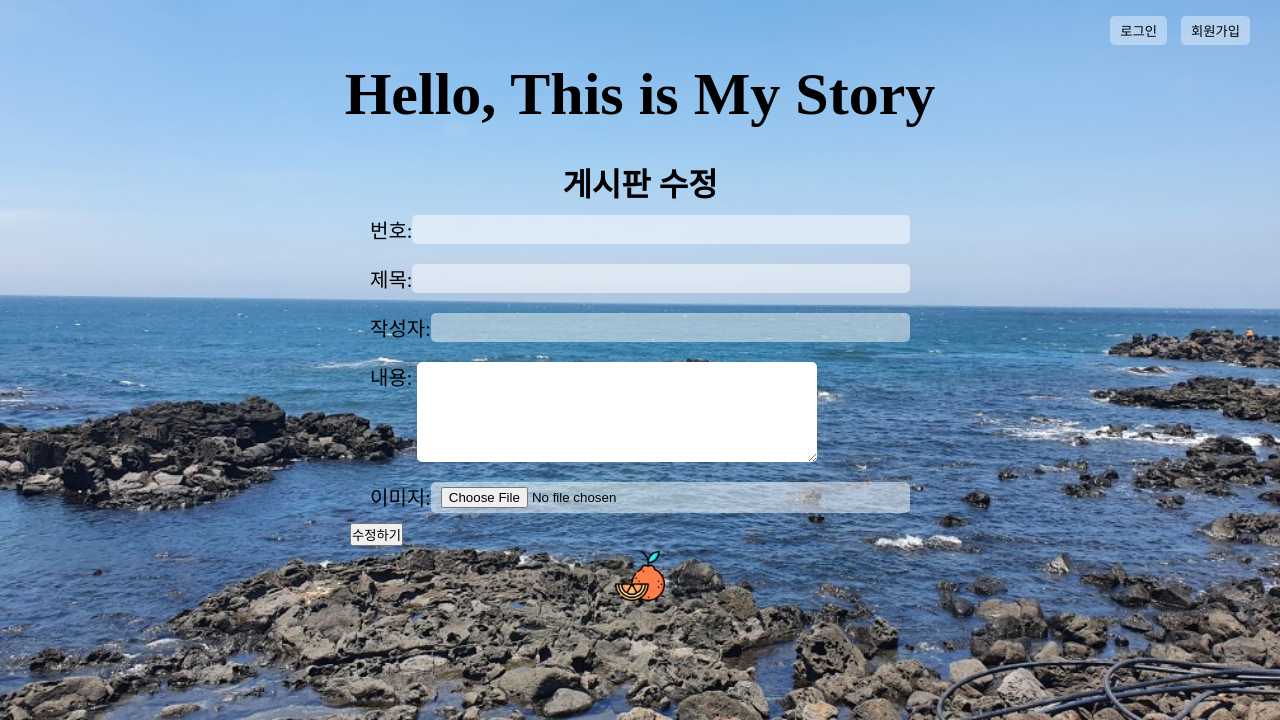
Repository: jeeniii/test2022_12_29
Page: http://localhost/portfolio/board/modify.jsp
An editor plug-in stored every save of this project. The page is shown before and after the next save, followed by the edit.
The browser window is 1280 px wide. The pictures show the whole page.
The page is served by Tomcat 9. The template is opened directly, without the code that normally fills it, so the values that code supplies are empty.

Above is the page before, as saved 2022-12-14 03:14:06.

After the next save:
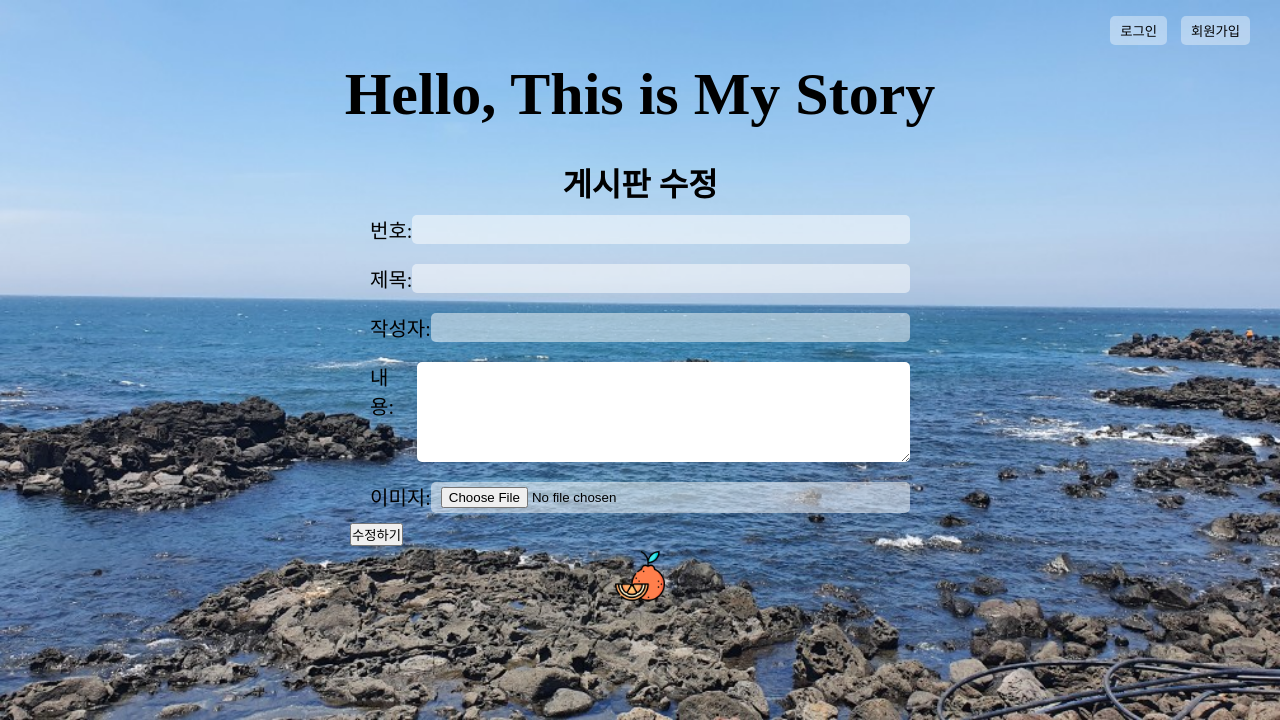
Saved 51 s later.
--- a/JSP_Portfolio/portfolio/src/main/webapp/resources/css/boardModify.css
+++ b/JSP_Portfolio/portfolio/src/main/webapp/resources/css/boardModify.css
@@ -22,7 +22,7 @@ h1{
 	background-color: rgba(255, 255, 255, 0.503);
 }
 textarea{
-	width: 400px;
+	width: 495.63px;
 	height: 100px;
 	border: 0px;
 	border-radius: 5px;
